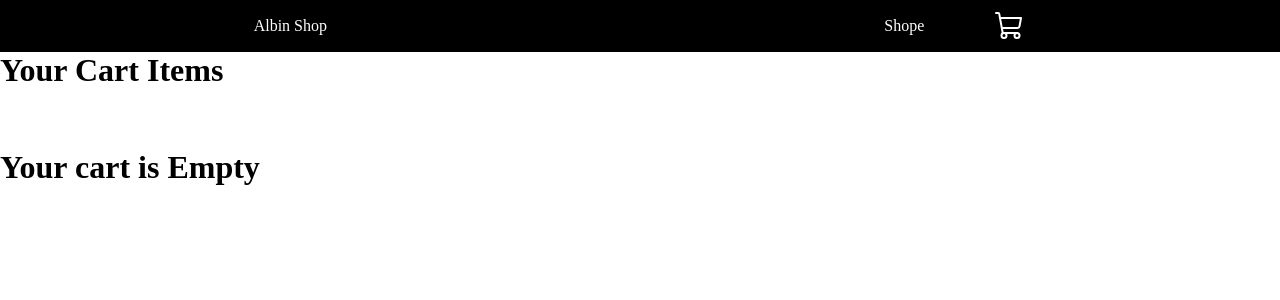
Repository: albinsabu2023/e-commerce-frontend
Page: /cart
These files come from the project's save history. The page is drawn as it stood at one moment and after the next save; the edit follows.
The browser window is 1280 px wide. The pictures show the whole page.
The project was rebuilt for these pictures with package versions that can differ from the ones it lists, and the page was loaded fresh each time. Also part of the build but not shown: src/components/pages/Cart/CartItem.css, src/components/pages/Cart/CartCard.jsx, src/Product.css, src/components/Product.jsx, src/components/pages/Shop/Shop.css, src/components/pages/Shop/Shop.jsx.

Above is the page before, as saved 2024-02-11 01:16:20.

### public/index.html
<!DOCTYPE html>
<html lang="en">
  <head>
    <meta charset="utf-8" />
    <link rel="icon" href="%PUBLIC_URL%/favicon.ico" />
    <meta name="viewport" content="width=device-width, initial-scale=1" />
    <meta name="theme-color" content="#000000" />
    <meta
      name="description"
      content="Web site created using create-react-app"
    />
    <link rel="apple-touch-icon" href="%PUBLIC_URL%/logo192.png" />
    <!--
      manifest.json provides metadata used when your web app is installed on a
      user's mobile device or desktop. See https://developers.google.com/web/fundamentals/web-app-manifest/
    -->
    <link rel="manifest" href="%PUBLIC_URL%/manifest.json" />
    <!--
      Notice the use of %PUBLIC_URL% in the tags above.
      It will be replaced with the URL of the `public` folder during the build.
      Only files inside the `public` folder can be referenced from the HTML.

      Unlike "/favicon.ico" or "favicon.ico", "%PUBLIC_URL%/favicon.ico" will
      work correctly both with client-side routing and a non-root public URL.
      Learn how to configure a non-root public URL by running `npm run build`.
    -->
    <link rel="stylesheet" href="./index.css">
    <title>React App</title>
  </head>
  <body>
    <noscript>You need to enable JavaScript to run this app.</noscript>
    <div id="root"></div>
    <!--
      This HTML file is a template.
      If you open it directly in the browser, you will see an empty page.

      You can add webfonts, meta tags, or analytics to this file.
      The build step will place the bundled scripts into the <body> tag.

      To begin the development, run `npm start` or `yarn start`.
      To create a production bundle, use `npm run build` or `yarn build`.
    -->
  </body>
</html>

### src/App.js
import { BrowserRouter as Router, Routes, Route } from "react-router-dom";
import Navbar from "./components/Navbar";
import Cart from "./components/pages/Cart/Cart.jsx";
import Shop from "./components/pages/Shop/Shop.jsx";
import ShopContextProvider from "./context/ShopContext.jsx";
function App() {
  return (
    <div className="App">
      <ShopContextProvider>
        <Router>
          <Navbar />
          <Routes>
            <Route path="/" element={<Shop />} />
            <Route path="/cart" element={<Cart />} />
          </Routes>
        </Router>
      </ShopContextProvider>
    </div>
  );
}

export default App;

### src/components/Navbar.js
import React from "react";
import { Link } from "react-router-dom";
import { ShoppingCart } from "phosphor-react";
import "./NavBar.css";
function Navbar() {
  return (
    <div className="NavBar">
      <div lassName="shopName">
        <Link to="/">Albin Shop</Link>
      </div>

      <div className="navBarEnd">
        <Link to="/">Shope</Link>
        <Link to="/cart">
          <ShoppingCart size={32} />
        </Link>
      </div>
    </div>
  );
}

export default Navbar;

### src/components/pages/Cart/Cart.jsx
import React, { useContext } from "react";
import { PRODUCTS } from "../../../Products";
import { ShopContext } from "../../../context/ShopContext";
import CartCard from "./CartCard";
import "./Cart.css";
import { useNavigate } from "react-router-dom";
function Cart() {
  const { cartItems, getTotalCartAmount } = useContext(ShopContext);
  const tot = getTotalCartAmount();
  const navigate = useNavigate();
  return (
    <div className="cart">
      <div>
        <h1>Your Cart Items</h1>
      </div>
      <div className="cartItems">
        {PRODUCTS.map((product) => {
          if (cartItems[product.id] !== 0) {
            return <CartCard data={product} />;
          }
        })}
      </div>
      {tot > 0 ? (
        <div className="checkout">
          <p>Total :${tot}</p>
          <button onClick={() => navigate("/")}>Countinue Shopping</button>
          <button>Check out</button>
        </div>
      ) : (
        <h1>Your cart is Empty</h1>
      )}
    </div>
  );
}

export default Cart;

### src/context/ShopContext.jsx
import React, { createContext, useState } from "react";

import { PRODUCTS } from "../Products";
export const ShopContext = createContext(null);
const getDefaultCart = () => {
  let cart = {};
  for (let i = 1; i < PRODUCTS.length + 1; i++) {
    cart[i] = 0;
  }

  return cart;
};

function ShopContextProvider(props) {
  const [cartItems, setCartItems] = useState(getDefaultCart());
  const addToCart = (itemId) => {
    setCartItems((prev) => ({
      ...prev,
      [itemId]: prev[itemId] + 1,
    }));
  };
  const removeFromCart = (itemId) => {
    setCartItems((prev) => ({ ...prev, [itemId]: prev[itemId] - 1 }));
  };
  const updateCartItemCount = (newAmount, itemId) => {
    setCartItems((prev) => ({ ...prev, [itemId]: newAmount }));
  };
  const getTotalCartAmount = () => {
    let tot = 0;
    for (const item in cartItems) {
      if (cartItems[item] > 0) {
        let ItemInfo = PRODUCTS.find((product) => product.id === Number(item));
        tot += cartItems[item] * ItemInfo.price;
      }
    }
    return tot;
  };
  const contextValue = {
    cartItems,
    addToCart,
    removeFromCart,
    updateCartItemCount,
    getTotalCartAmount,
  };

  return (
    <ShopContext.Provider value={contextValue}>
      {props.children}
    </ShopContext.Provider>
  );
}

export default ShopContextProvider;

### src/components/NavBar.css
.NavBar{
    background-color: black;
    padding: 10px;
    display: flex;
    align-items: center;
    justify-content: space-around;

}

.shopName{
    justify-self: flex-start;
}
.NavBar  a{
    display: flex;
    align-items: center;
    text-decoration: none;
    color: white;


}
.navBarEnd {
    display: flex;
}

.navBarEnd a{
    margin-left: 70px;
}

### src/Products.js
import p1 from "./assets/1.png";
import p2 from "./assets/2.png";
import p3 from "./assets/3.png";
import p4 from "./assets/4.png";
import p5 from "./assets/5.png";
import p6 from "./assets/6.webp";
import p7 from "./assets/7.webp";
import p8 from "./assets/8.webp";

export const PRODUCTS = [
  {
    id: 1,
    productName: "Iphone",
    price: 999,
    productImage: p1,
  },
  {
    id: 2,
    productName: "MacBook",
    price: 99901,
    productImage: p2,
  },
  {
    id: 3,
    productName: "Canon M50",
    price: 8999,
    productImage: p3,
  },
  {
    id: 4,
    productName: "ELS Jacket",
    price: 228,
    productImage: p4,
  },
  {
    id: 5,
    productName: "Led Llight string",
    price: 19.9,
    productImage: p5,
  },
  {
    id: 6,
    productName: "Spectrum ls Tee",
    price: 68.9,
    productImage: p6,
  },
  {
    id: 7,
    productName: "Shirt Golf Wang",
    price: 190,
    productImage: p7,
  },
  {
    id: 8,
    productName: "Dont'trip unstructured",
    price: 40.0,
    productImage: p8,
  },
];

### src/components/pages/Cart/Cart.css
.cart {
    display: flex;
    flex-direction: column;
    overflow-y:scroll;

}
.cartTitle{
    font-weight: bold;
     text-align: center;
      text-transform: uppercase;
}



.cartItems {
    display: grid;
    grid-template-columns: repeat(auto-fit, minmax(300px, 1fr));
    grid-gap: 40px;
    margin: 30px;

}
.checkout{
    background-color: black;
    display: flex;
    color: white;
    padding:20px;
    align-items: center;
   justify-content: space-evenly;
    position: fixed;
    bottom: 0;
    width: 100%;
    z-index: 1;
}
.checkout p{
    background-color: white;
    color: black;
    font-weight: bold;
    padding: 10px 15px;
    border-radius: 20px;

}
.checkout button{


    margin:2px 30px;
    border:none;
    padding: 10px 15px;
    border-radius: 15px;
    font-weight: bold;
    background-color: rgb(4, 114, 79);
    color: white;
    cursor: pointer;
}
.checkout button:hover {
   background-color: rgb(1, 146, 100);

}

Loaded but not shown: src/index.js (common file); public/index.css (common file)

After the next save:
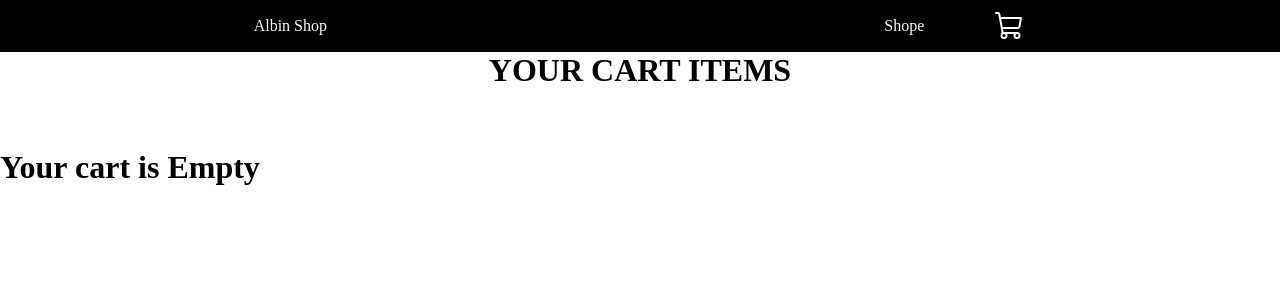
Saved 4 s later.
--- a/src/components/pages/Cart/Cart.jsx
+++ b/src/components/pages/Cart/Cart.jsx
@@ -10,7 +10,7 @@
   const navigate = useNavigate();
   return (
     <div className="cart">
-      <div>
+      <div className="cartTitle">
         <h1>Your Cart Items</h1>
       </div>
       <div className="cartItems">
